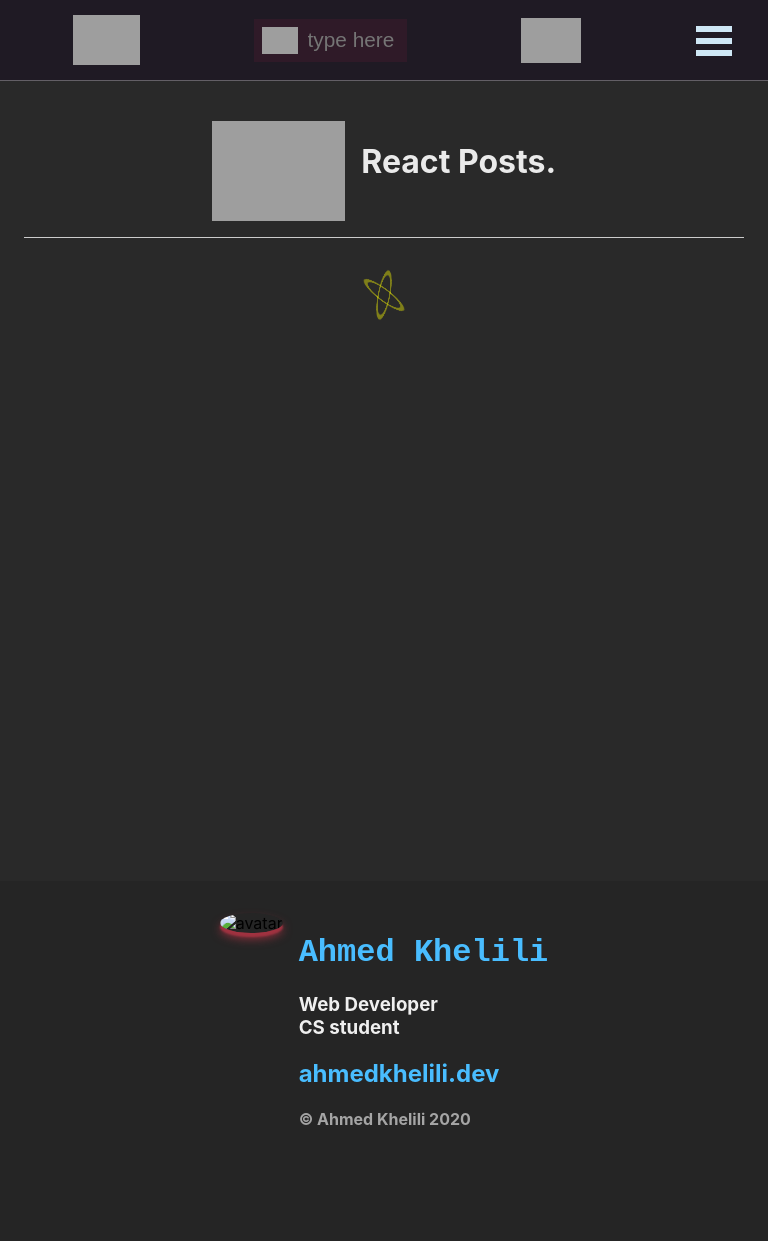
Repository: Midoukh/my-blog
Page: /WebDev/React
An editor plug-in stored every save of this project. The page is shown before and after the next save, followed by the edit.
The browser window is 768 px wide. The pictures show the whole page.
Pictures or frames that could not be fetched are drawn as grey boxes. The page's requests for data from a server got no answer. Some web fonts or font styles are not loaded; a fallback is used. The project was rebuilt for these pictures with package versions that can differ from the ones it lists, and the page was loaded fresh each time. The framework's server and built-in components were replaced by stand-ins that run in the browser. No one was signed in, and anything a server would have sent is missing. Also part of the build but not shown: next.config.js, Components/Backdrop/Backdrop.jsx, Components/Form/Form.module.css, UI/Button/Button.module.css, UI/Button/Button.jsx, Components/Form/Form.jsx, Components/Nav/DropDown/DropDown.module.css, Components/Nav/DropDown/DropDown.jsx and 1 more.

Above is the page before, as saved 2021-12-26 23:32:14.

### pages/_app.js
import "../styles/globals.css";
import Nav from "../Components/Nav/Nav";
import Footer from "../Components/Footer/Footer";
import Head from "next/head";

function MyApp({ Component, pageProps }) {
  return (
    <div>
      <Head>
        <title>Ahmed Khelili Blog</title>
      </Head>
      <Nav />
      <Component {...pageProps} />
      <Footer />
    </div>
  );
}

export default MyApp;

### pages/WebDev/React/index.jsx
import React from "react";

import styles from "../GlobalStyle/WebDevPosts.module.css";
import BaseCategory from "../../../Components/BaseCategory";

const reactLogo = require("../../../public/Assets/physics.png");

const ReactPosts = () => {
  return (
    <BaseCategory
      logo={reactLogo}
      category="react"
      postCategory="React"
      styles={styles}
    />
  );
};

export default ReactPosts;

### styles/globals.css
html,
body {
  padding: 0;
  margin: 0;
  font-family: -apple-system, BlinkMacSystemFont, Segoe UI, Roboto, Oxygen,
    Ubuntu, Cantarell, Fira Sans, Droid Sans, Helvetica Neue, sans-serif;
}

a {
  color: inherit;
  text-decoration: none;
}

* {
  box-sizing: border-box;
}
/* Position and sizing of burger button */
.bm-burger-button {
  position: absolute;
  width: 36px;
  height: 30px;
  right: 36px;
  top: 26px;
}
@media (min-width: 800px) {
  .bm-burger-button {
    display: none;
  }
}
/* Color/shape of burger icon bars */
.bm-burger-bars {
  background: #cee7f5;
}

/* Color/shape of burger icon bars on hover*/
.bm-burger-bars-hover {
  background: #a90000;
}

/* Position and sizing of clickable cross button */
.bm-cross-button {
  height: 24px;
  width: 24px;
}

/* Color/shape of close button cross */
.bm-cross {
  background: #bdc3c7;
}

/*
  Sidebar wrapper styles
  Note: Beware of modifying this element as it can break the animations - you should not need to touch it in most cases
  */
.bm-menu-wrap {
  position: fixed;
  height: 100%;
  top: 0;
}

/* General sidebar styles */
.bm-menu {
  background: #373a47;
  padding: 2.5em 1.5em 0;
  font-size: 1.15em;
}

/* Morph shape necessary with bubble or elastic */
.bm-morph-shape {
  fill: #373a47;
}

/* Wrapper for item list */
.bm-item-list {
  color: #b8b7ad;
  padding: 0.8em;
}

/* Individual item */
.bm-item {
  display: inline-block;
}

/* Styling of overlay */
.bm-overlay {
  background: rgba(0, 0, 0, 0.3);
  top: 0;
  left: 0;
}

### Components/Nav/Nav.jsx
import React from "react";
import styles from "./Nav.module.css";
import Search from "./Search/Search";
const logo = require("../../public/Assets/solvent.svg");
import Account from "./UserAccount/Account";
import Link from "next/link";
import DropDown from "./DropDown/DropDown";
import BurgerMenu from "../BurgerMenu";

class Nav extends React.Component {
  constructor(props) {
    super(props);
    this.state = {
      shownMenu: false,
    };
    this.menuRef = React.createRef();
    this.buttonRef = React.createRef();
  }
  handleShowMenu = (e) => {
    const newVal = !this.state.shownMenu;

    this.setState({ shownMenu: newVal }, () => {
      document.addEventListener("click", this.closeMenu);
    });
  };
  closeMenu = (e) => {
    const menu = this.menuRef;
    const button = this.buttonRef;

    if (button && e.target.className !== button.current.className) {
      this.setState({ shownMenu: false });
    }
  };

  componentDidMount() {
    document.addEventListener("click", this.closeMenu);
  }

  render() {
    return (
      <nav className={styles.Nav}>
        <Link href="/">
          <img className={styles.logo} src={logo} alt="Logo" />
        </Link>
        <ul>
          <li className={styles.outerMenu}>
            <ul className={styles.innerMenu}>
              <li
                className={styles.MenuButton}
                onClick={this.handleShowMenu}
                ref={this.buttonRef}
              >
                Web Dev &#11206;
              </li>
              {this.state.shownMenu ? <DropDown ref={this.menuRef} /> : null}
            </ul>
          </li>
          <Link href="/Crypto">
            <li>Crypto Currency</li>
          </Link>
          <Link href="/BooksAndResources">
            <li>Books and resources</li>
          </Link>
        </ul>
        <Search />
        <Account />
        <BurgerMenu />
      </nav>
    );
  }
}

export default Nav;

### Components/Footer/Footer.jsx
import React, { useState, useEffect } from "react";
import axios from "axios";
import styles from "./Footer.module.css";

const Footer = () => {
  const [avatar, setAvatar] = useState("");
  const handleGetMyInfoFromGitHub = async () => {
    const response = await axios.get("https://api.github.com/users/Midoukh");
    setAvatar((prev) => response.data.avatar_url);
  };
  const handleGoToGithub = () => {
    window.open("https://github.com/Midoukh", "_blank").focus();
  };
  useEffect(() => {
    handleGetMyInfoFromGitHub();
  });
  return (
    <div className={styles.Footer}>
      <div className={styles.AvatarWrapper}>
        <img src={avatar} alt="avatar" onClick={handleGoToGithub} />
      </div>
      <div className={styles.Details}>
        <h1>Ahmed Khelili</h1>
        <h3>Web Developer</h3>
        <h3>CS student</h3>
        <a href="https://www.ahmedkhelili.dev">
          <h2>ahmedkhelili.dev</h2>
        </a>
        <h4>© Ahmed Khelili 2020</h4>
      </div>
    </div>
  );
};

export default Footer;

### pages/WebDev/GlobalStyle/WebDevPosts.module.css
@import url(//db.onlinewebfonts.com/c/4eed94e85a810fb0ee04526f373f5cd2?family=Diary+of+an+8-bit+mage);

.WebDevPostsContainer,
.WebDevGrid {
  margin: 0;
  background-color: #292929;
  box-sizing: border-box;
  max-width: 100vw;
  min-height: 100vh;
  padding: 1.5rem;
}
.WebDevPostsContainer header {
  display: flex;
  color: white;
  justify-content: center;
  width: 100%;
  box-sizing: border-box;
  border-bottom: 1px solid #ccc;
  padding: 1rem;
}
.WebDevPostsContainer header img {
  height: 100px;
  margin-right: 1rem;
}
.WebDevPostsContainer header h1 {
  opacity: 0.9;
}
.WebDevGrid {
  display: grid;
  grid-template-columns: repeat(2, 25vw);
  grid-gap: 2rem;
  color: rgba(255, 255, 255, 0.8);
  justify-content: center;
}
.WebDevGrid img {
  height: 90px;
  margin-right: 1rem;
}
.JS {
  box-shadow: 6px 5px 2px rgba(240, 219, 79, 0.7);
}
.React {
  box-shadow: 6px 5px 2px rgba(10, 186, 168, 0.7);
}
.Node {
  box-shadow: 6px 5px 2px rgba(125, 195, 41, 0.7);
}
.WA {
  box-shadow: 6px 5px 2px rgba(101, 78, 240, 0.7);
}
.WebDevGrid section {
  border: 1px solid #ccc;
  display: flex;
  justify-content: center;
  align-items: center;
  box-sizing: border-box;
  padding: 1rem;
  cursor: pointer;
  transition: all 0.3s ease-in;
}
.WebDevGrid section:hover {
  transform: scale(1.1);
}
.JS:hover {
  color: rgba(240, 219, 79, 1);
}
.React:hover {
  color: rgba(10, 186, 168, 1);
}
.Node:hover {
  color: rgba(125, 195, 41, 1);
}
.WA:hover {
  color: rgba(101, 78, 240, 1);
}
.Grid {
  display: grid;
  grid-template-columns: repeat(4, auto);
  padding: 2rem 0rem;
}
.NoPosts {
  width: 100%;
  display: flex;
  justify-content: center;
  padding-top: 3rem;
}
.NoPosts h1 {
  color: rgba(255, 255, 255, 0.774);
  font-family: "Diary of an 8-bit Mage", monospace;
}
.NoPosts h1 span {
  color: rgba(10, 186, 168, 1);
}

### Components/BaseCategory/index.jsx
import React from "react";
import axios from "axios";
import Blog from "../../Components/Blogs/Blog/Blog";
import { origin } from "../../utils/constants";

import Spinner from "../../Components/Spinner";

class BaseCategory extends React.Component {
  constructor(props) {
    super(props);
    this.state = {
      data: [],
      error: null,
      isPosts: true,
    };
  }
  componentDidMount() {
    this.handleGetPosts();
  }
  handleGetPosts = async () => {
    //categories
    //react, node, java script, web assembly, books, crypto-currency
    //others
    try {
      const res = await axios.get(
        `${origin}/blogs/get?category=${this.props.category}`
      );
      console.log(res);
      const posts = res.data.data ? res.data.data : [];
      const isPosts = res.data.data.length ? true : false;
      this.setState({ data: posts, isPosts });
    } catch (err) {
      console.log(err);
      this.setState({ error: err.message });
    }
  };
  render() {
    const noBlogs = !this.state.isPosts ? (
      <div className={this.props.styles.NoPosts}>
        <h1>
          <span>😲</span> No Posts available
        </h1>
      </div>
    ) : (
      <Spinner />
    );

    return (
      <main className={this.props.styles.WebDevPostsContainer}>
        <header>
          <img src={this.props.logo} />
          <h1>{this.props.postCategory} Posts.</h1>
        </header>
        {this.state.data.length === 0 ? (
          noBlogs
        ) : (
          <div className={this.props.styles.Grid}>
            {this.state.data.map((blg) => (
              <Blog
                key={blg._id}
                name={blg.title}
                bg="linear-gradient(45deg, #1f1a24da, #2f1a24df)"
                link={`/post/${blg.slug}`}
              />
            ))}
          </div>
        )}
      </main>
    );
  }
}

export default BaseCategory;

### Components/Nav/Nav.module.css
/*dark color*/
.Nav {
  max-width: 100vw;
  height: 70px;
  background-color: #1f1a24;
  display: flex;
  align-items: center;
  justify-content: space-around;
  box-sizing: border-box;
  padding: 2.5rem 1rem;
  border-bottom: 0.5px solid rgba(255, 255, 255, 0.3);
  box-shadow: 1px 1px 10px rgba(255, 255, 255, 0.9);
  overflow-y: visible;
}
.logo {
  height: 50px;
  cursor: pointer;
}
.Nav ul {
  list-style: none;
  width: 60%;
  height: 100%;
  display: flex;
  justify-content: space-evenly;
  align-items: center;
  color: white;
  transition: all 0.1s ease-in;
}
.Nav ul li {
  cursor: pointer;
  transition: all 0.3s ease-in;
}

.outerMenu {
  width: 10vw;
}
.innerMenu {
  display: flex;
  flex-flow: column;
  align-items: flex-start;
  justify-content: center;
  position: relative;
}
.MenuButton {
  width: 10vw;
  display: inline;
}

@media (max-width: 800px) {
  .Nav ul {
    display: none;
  }
}

### Components/Nav/Search/Search.jsx
import React, { useRef, useState, useEffect } from "react";
import RingLoader from "react-spinners/RingLoader";
import Link from "next/link";
import axios from "axios";
import styles from "./Search.module.css";
import { origin } from "../../../utils/constants";
const search = require("../../../public/Assets/search.svg");
const javaScriptIcon = require("../../../public/Assets/JavaScript-logo.png");
const reactIcon = require("../../../public/Assets/physics.png");

const categoriesIcons = {
  "java script": javaScriptIcon,
  react: reactIcon,
};

const Search = () => {
  const searchRef = useRef();

  const [posts, setPosts] = useState([]);
  const [noPosts, setNoPosts] = useState(false);
  const [showSuggestions, setShowSuggestions] = useState(false);
  const [loading, setLoading] = useState(false);

  const handleExpandSearchBar = (e) => {
    const newWidth = "22vw";

    searchRef.current.style.width = newWidth;
  };
  const handleDecreaseSearchBar = (e) => {
    const newWidth = "20vw";

    searchRef.current.style.width = newWidth;
  };
  const handleSearch = async (e) => {
    const { value } = e.target;
    setLoading((prev) => true);
    try {
      const res = await axios.get(`${origin}/blogs/get?search=${value}`);
      const posts = res.data.data.length ? res.data.data : [];
      setPosts((pre) => posts);
      setLoading((prev) => false);
      setShowSuggestions((prev) => true);
      if (posts.length === 0) setNoPosts((prev) => true);
    } catch (err) {
      console.log(err);
      setLoading((prev) => false);
    }
  };
  useEffect(() => {
    window.addEventListener("click", (e) => {
      if (
        e.target.id !== "suggestions" ||
        e.target.parentElement.id !== "suggestions"
      ) {
        setShowSuggestions((prev) => false);
      }
    });
  });
  //categories
  //react, node, java script, web assembly, books, crypto-currency
  //others
  let noSearchPlaceHolder;
  if (!posts.length) {
    noSearchPlaceHolder = (
      <RingLoader size={30} color="#fff" css="margin-right: 1.5rem" />
    );
    if (noPosts) {
      noSearchPlaceHolder = (
        <h3 style={{ margin: "0", margin: "0.5rem" }}>No Post Was Found 🐵</h3>
      );
    }
  }
  return (
    <div className={styles.Search} ref={searchRef}>
      {loading ? (
        <RingLoader size={30} color="#fff" css="margin-right: 1.5rem" />
      ) : (
        <img className={styles.searchIcon} src={search} />
      )}
      <input
        type="text"
        placeholder="type here"
        onFocus={handleExpandSearchBar}
        onBlur={handleDecreaseSearchBar}
        onChange={handleSearch}
      />
      {showSuggestions && (
        <div className={styles.Suggestions} id="suggestions">
          {!posts.length ? (
            noSearchPlaceHolder
          ) : (
            <>
              {posts.map((pst) => (
                <Link href={`/post/${pst.slug}`}>
                  <div key={pst._id} className={styles.Suggestion}>
                    <img src={categoriesIcons[pst.category]} alt="category" />
                    <h5>{pst.title}</h5>
                  </div>
                </Link>
              ))}
              {posts.length > 2 && (
                <div
                  className={styles.Suggestion}
                  style={{ justifyContent: "center" }}
                >
                  <h5>Show All</h5>
                </div>
              )}
            </>
          )}
        </div>
      )}
    </div>
  );
};

export default Search;

### Components/Nav/UserAccount/Account.jsx
import React, { useState, useRef } from 'react'
import styles from './Account.module.css'
const account = require('../../../public/Assets/account.png')
import Backdrop from '../../Backdrop/Backdrop'
import Form from '../../Form/Form'
const Account = (props) => {
	const [showBackdrop, setShowBackdrop] = useState(false)
	const formRef = useRef()

	const handleShowBackdrop = (e) => {
		const newVal = !showBackdrop
		if (e.target.className === 'back-drop' || e.target.className.includes('Account')){
			setShowBackdrop(prev => prev = newVal)

		}
	}
	return (
			<>
			{showBackdrop? <Backdrop hide={handleShowBackdrop}><Form/></Backdrop>: null}
			<img
			className={styles.Account}
			src={account}
			onClick={handleShowBackdrop}
			/>
			</>
			)
}

export default Account

### Components/BurgerMenu/index.jsx
import React from "react";
import { bubble as Menu } from "react-burger-menu";
import Link from "next/link";

const BurgerMenu = ({}) => {
  return (
    <Menu right pageWrapId={"page-wrap"} pageWrapId={"page-wrap"}>
      <Link href="/WebDev/React">
        <li id="home" className="menu-item">
          React
        </li>
      </Link>
      <Link href="/WebDev/JavaScript">
        <li id="home" className="menu-item">
          JavaScript
        </li>
      </Link>
      <Link href="/WebDev/Node">
        <li id="home" className="menu-item">
          Node
        </li>
      </Link>
      <Link href="/WebDev/WebAssembly">
        <li id="home" className="menu-item">
          WebAssembly
        </li>
      </Link>
      <Link href="/Crypto">
        <li id="home" className="menu-item">
          Crypto
        </li>
      </Link>
      <Link href="/BooksAndResources">
        <li id="home" className="menu-item">
          Books And Resources
        </li>
      </Link>
      <Link href="Posts/WebDev">
        <li id="home" className="menu-item">
          Show All
        </li>
      </Link>
    </Menu>
  );
};

export default BurgerMenu;

### Components/Footer/Footer.module.css
@import url(//db.onlinewebfonts.com/c/4eed94e85a810fb0ee04526f373f5cd2?family=Diary+of+an+8-bit+mage);

.Footer {
  background-color: #252525;
  box-sizing: border-box;
  width: 100%;
  min-height: 45vh;
  display: flex;
  justify-content: center;
  padding: 2rem;
}
.AvatarWrapper img {
  border-radius: 50%;
  max-height: 80px;
  box-shadow: 0px 4px 2px #a03240, 0px 6px 10px #a03241cc;
  cursor: pointer;
  transition: all 0.2s cubic-bezier(0.165, 0.84, 0.44, 1);
}
.AvatarWrapper img:hover {
  box-shadow: none;
}
.Details {
  margin-left: 1rem;
}
.Details h1 {
  color: #49bdff;
  font-family: "Diary of an 8-bit Mage", monospace;
}
.Details a {
  text-decoration: none;
}
.Details h2 {
  color: #49bdff;
}
.Details h3 {
  margin: 0;
  color: rgba(255, 255, 255, 0.931);
}
.Details h4 {
  color: rgba(255, 255, 255, 0.589);
}

### utils/constants.js
export const origin =
  process.env.NODE_ENV === "development"
    ? "http://localhost:5000"
    : "http://localhost:5000";

### Components/Spinner/index.jsx
import RingLoader from "react-spinners/RingLoader";

const Spinner = ({}) => {
  return (
    <div
      style={{
        width: "100%",
        display: "flex",
        justifyContent: "center",
        paddingTop: "2rem",
      }}
    >
      <RingLoader size={50} color="yellow" />
    </div>
  );
};

export default Spinner;

### Components/Nav/Search/Search.module.css
.searchIcon {
  height: 27px;
}
.Search {
  background-color: #2f1a28;
  display: flex;
  align-items: center;
  padding: 0.5rem;
  box-sizing: border-box;
  width: 20vw;
  margin: 0;
  transition: all 0.4s ease-out;
  position: relative;
}
.Search input {
  outline: none;
  background-color: transparent;
  border: none;
  margin-left: 0.5rem;
  font-size: 1.3em;
  color: rgba(255, 255, 255, 0.8);
}
.Suggestions {
  position: absolute;
  width: 100%;
  height: auto;
  background-color: white;
  top: 7vh;
  left: 0;
  z-index: 11;
  box-shadow: 2px 2px 16px rgb(255 255 255 / 30%);
  display: flex;
  flex-flow: column;
  justify-content: space-around;
}
.Suggestion {
  display: flex;
  align-items: center;
  padding: 0.5rem;
  width: 100%;
  border-bottom: 1px solid rgba(0, 0, 0, 0.239);
  cursor: pointer;
  transition: all 0.3s cubic-bezier(0.215, 0.61, 0.355, 1);
}

.Suggestion img {
  max-height: 30px;
  margin-right: 0.6rem;
}
.Suggestion h5 {
  margin: 0;
}
.Suggestion:hover {
  background-color: #1f1a24;
  color: white;
}

### Components/Nav/UserAccount/Account.module.css
.Account{
	height: 45px;
	cursor: pointer;
}

### Components/Blogs/Blog/Blog.module.css
@import url(//db.onlinewebfonts.com/c/4eed94e85a810fb0ee04526f373f5cd2?family=Diary+of+an+8-bit+mage);

.Blog {
  position: relative;
  height: 200px;
  width: 240px;
  border-top-left-radius: 25px;
  border-bottom-right-radius: 25px;
  background-size: cover;
  background-position: center;
  overflow: hidden;
  cursor: pointer;
}
.Layer {
  z-index: 2;
  position: absolute;
  top: 0;
  left: 0;
  bottom: 0;
  right: 0;
}
.Blog h1 {
  position: absolute;
  margin: 1rem;
  z-index: 3;
  font-family: "Diary of an 8-bit Mage", monospace;
  color: rgba(255, 255, 255, 0.9);
}

After the next save:
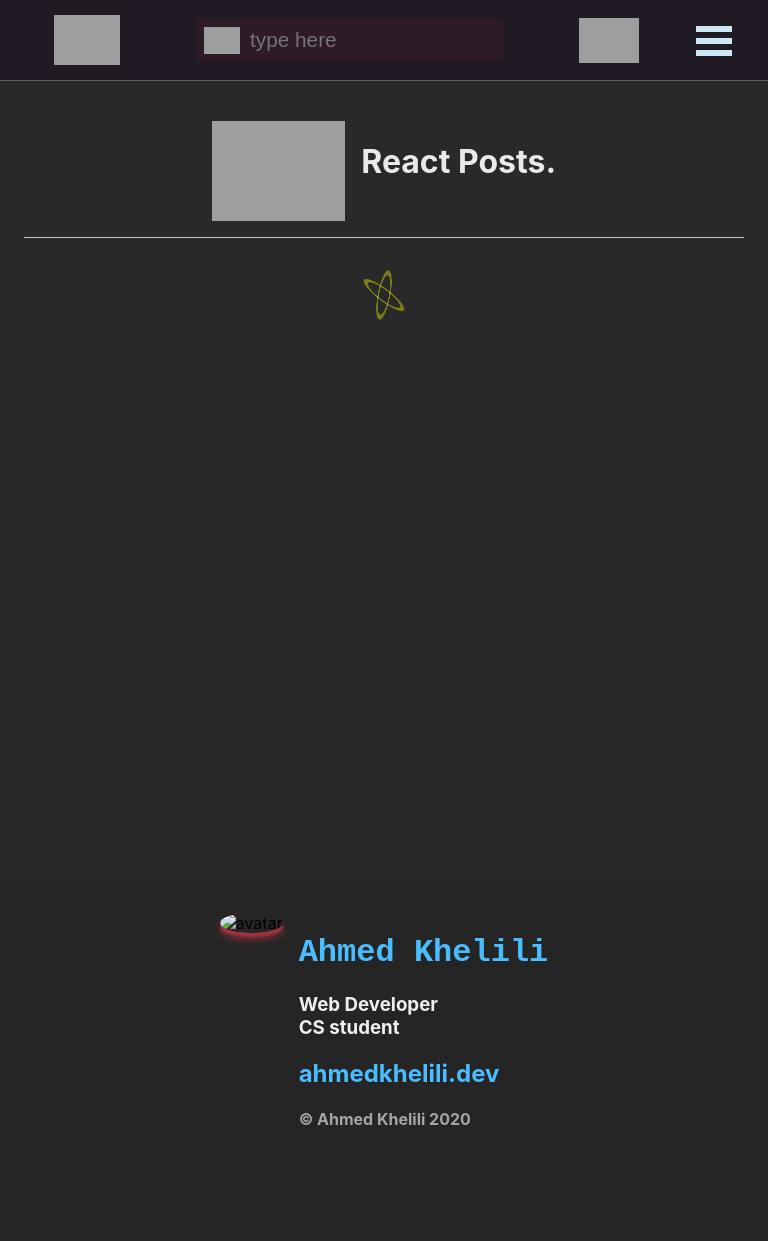
Saved 2 min 59 s later.
--- a/Components/Nav/Search/Search.module.css
+++ b/Components/Nav/Search/Search.module.css
@@ -54,3 +54,9 @@
   background-color: #1f1a24;
   color: white;
 }
+
+@media (max-width: 800px) {
+  .Search {
+    width: 40vw;
+  }
+}
